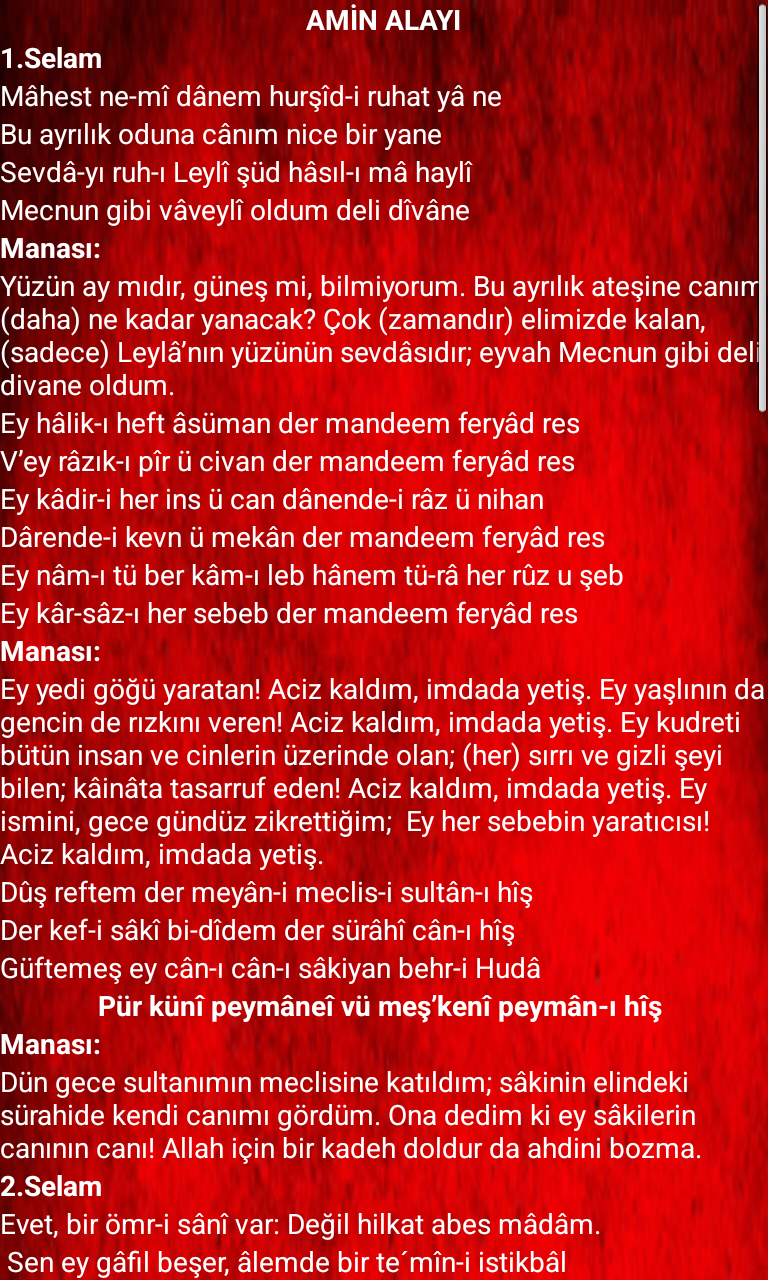
Repository: dokayazilim/Safahat-Android--Uygulamasi
Layout: safahat(android)/Safahat/res/layout/kitap31.xml
These files come from the project's save history. The layout is drawn as it stood at one moment and after the next save; the edit follows.
It is drawn on a 768 x 1280 px phone screen (xhdpi) without system bars, with theme android:Theme; the app's code is not run.

Above is the layout before, as saved 2012-09-07 16:08:12.

After the next save:
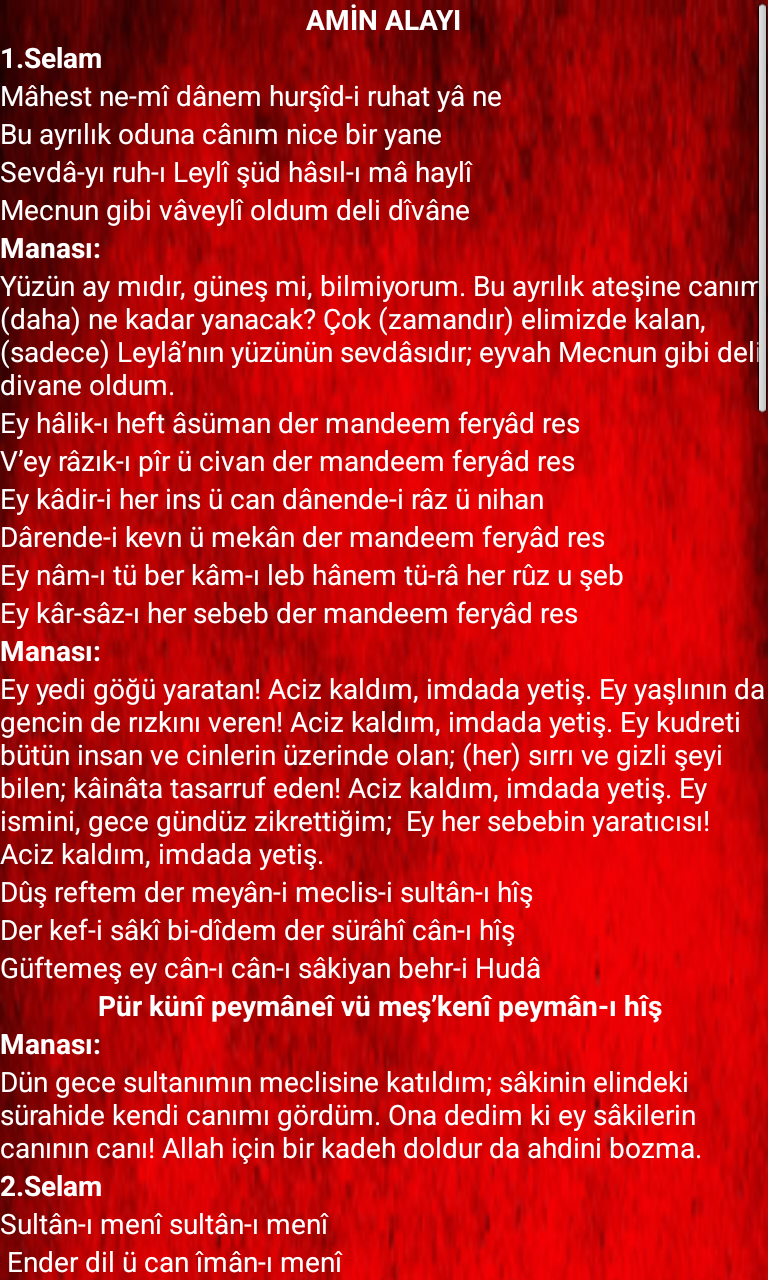
Saved 80 s later.
--- a/safahat(android)/Safahat/res/layout/kitap31.xml
+++ b/safahat(android)/Safahat/res/layout/kitap31.xml
@@ -131,33 +131,33 @@ Ey her sebebin yaratıcısı! Aciz kaldım, imdada yetiş." android:textColor="#
         android:id="@+id/textView24"
         android:layout_width="wrap_content"
         android:layout_height="wrap_content"
-        android:text="Evet, bir ömr-i sânî var: Değil hilkat abes mâdâm.
+        android:text="Sultân-ı menî sultân-ı menî
  " android:textColor="#ffffff" />
 <TextView
         android:id="@+id/textView25"
         android:layout_width="wrap_content"
         android:layout_height="wrap_content"
         android:text="
-Sen ey gâfil beşer, âlemde bir te´mîn-i istikbâl
+Ender dil ü can îmân-ı menî
         " android:textColor="#ffffff" />
 <TextView
         android:id="@+id/textView26"
         android:layout_width="wrap_content"
         android:layout_height="wrap_content"
-        android:text=" Edeydim, der çekersin ihtiyârî bir yığın âlâm..
+        android:text=" Der men bi-demî men zinde şevem
   " android:textColor="#ffffff" />
 <TextView
         android:id="@+id/textView27"
         android:layout_width="wrap_content"
         android:layout_height="wrap_content"
-        android:text="Eğer üç günlük istikbâl için ferdâyı anmazsan,
+        android:text="Yek cân çi şeved sad cân-ı menî
  " android:textColor="#ffffff" />
 <TextView
         android:id="@+id/textView28"
         android:layout_width="wrap_content"
         android:layout_height="wrap_content"
-        android:text="Hederdir, korkarım, dünyâda imrâr ettiğin eyyâm.
-  " android:textColor="#ffffff" />
+        android:text="Manası:
+  " android:textColor="#ffffff" android:textStyle="bold"/>
 <TextView
         android:id="@+id/textView29"
         android:layout_width="wrap_content"
